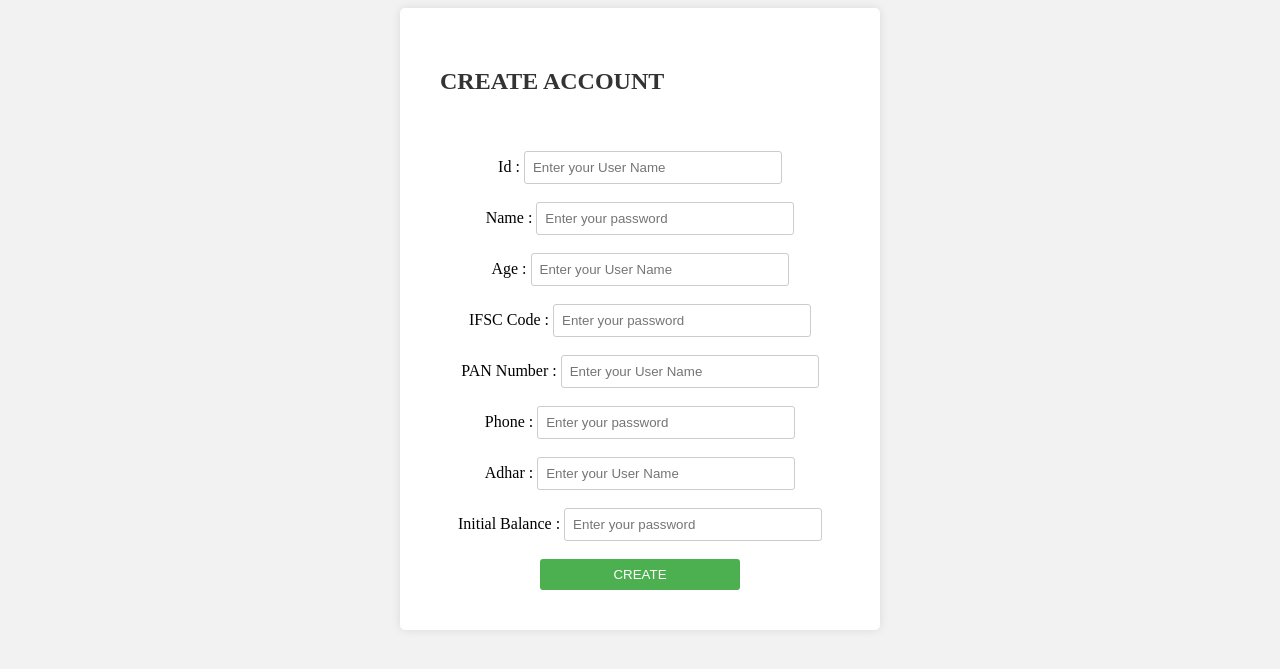
Repository: mansistic-0n3/Java_IGT
Page: Java Project/BankJSP/src/main/webapp/WEB-INF/create.html
These files come from the project's save history. The page is drawn as it stood at one moment and after the next save; the edit follows.
The browser window is 1280 px wide. The pictures show the whole page.

Above is the page before, as saved 2023-06-28 20:30:27.

### Java Project/BankJSP/src/main/webapp/WEB-INF/create.html
<!DOCTYPE html>
<html>
<head>
  <title>Registration Form</title>
</head>
<body style="background-color: #f2f2f2; text-align:center;">
  <div style="max-width: 400px; margin: 0 auto; padding: 40px; background-color: #ffffff; border-radius: 5px; box-shadow: 0 0 10px rgba(0, 0, 0, 0.1);">
    <h2 style="text-align: left; color: #333333;">CREATE ACCOUNT</h2>
    <form action="register">
      <br><br>
        Id : <input type="text" name="id" placeholder="Enter your User Name" style="width: 60%; padding: 8px; border-radius: 3px; border: 1px solid #cccccc;">
      <br><br>
        Name : <input type="text" name="name" placeholder="Enter your password" style="width: 60%; padding: 8px; border-radius: 3px; border: 1px solid #cccccc;">
       <br><br>
        Age : <input type="text" name="age" placeholder="Enter your User Name" style="width: 60%; padding: 8px; border-radius: 3px; border: 1px solid #cccccc;">
      <br><br>
        IFSC Code : <input type="text" name="ifsc" placeholder="Enter your password" style="width: 60%; padding: 8px; border-radius: 3px; border: 1px solid #cccccc;">
        <br><br>
        PAN Number : <input type="text" name="pan" placeholder="Enter your User Name" style="width: 60%; padding: 8px; border-radius: 3px; border: 1px solid #cccccc;">
      <br><br>
        Phone : <input type="text" name="ph" placeholder="Enter your password" style="width: 60%; padding: 8px; border-radius: 3px; border: 1px solid #cccccc;">
       <br><br>
        Adhar : <input type="text" name="adhar" placeholder="Enter your User Name" style="width: 60%; padding: 8px; border-radius: 3px; border: 1px solid #cccccc;">
      <br><br>
        Initial Balance : <input type="text" name="ibal" placeholder="Enter your password" style="width: 60%; padding: 8px; border-radius: 3px; border: 1px solid #cccccc;">
      <br><br>
        <button type="submit" style="width: 50%; padding: 8px; border-radius: 3px; border: none; background-color: #4CAF50; color: #ffffff; cursor: pointer;">CREATE</button>
      <br>
    </form>
  </div>
</body>
</html>

After the next save:
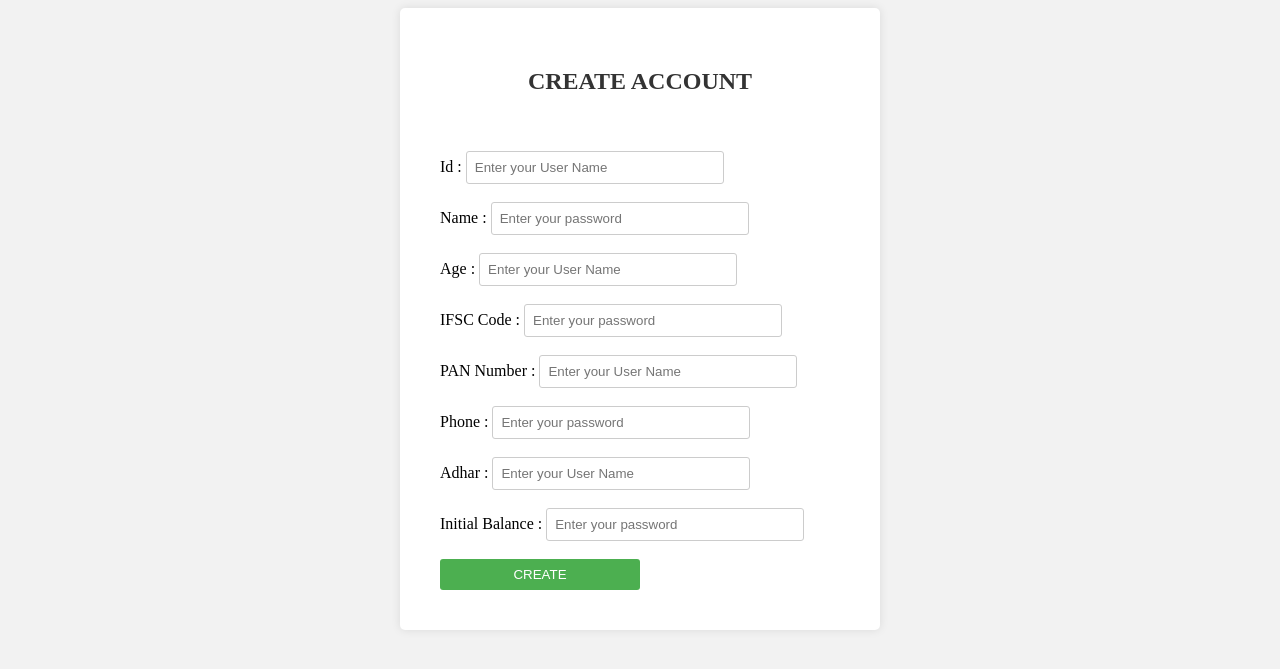
Saved 72 s later.
--- a/Java Project/BankJSP/src/main/webapp/WEB-INF/create.html
+++ b/Java Project/BankJSP/src/main/webapp/WEB-INF/create.html
@@ -3,9 +3,9 @@
 <head>
   <title>Registration Form</title>
 </head>
-<body style="background-color: #f2f2f2; text-align:center;">
+<body style="background-color: #f2f2f2; ">
   <div style="max-width: 400px; margin: 0 auto; padding: 40px; background-color: #ffffff; border-radius: 5px; box-shadow: 0 0 10px rgba(0, 0, 0, 0.1);">
-    <h2 style="text-align: left; color: #333333;">CREATE ACCOUNT</h2>
+    <h2 style="text-align: center; color: #333333;">CREATE ACCOUNT</h2>
     <form action="register">
       <br><br>
         Id : <input type="text" name="id" placeholder="Enter your User Name" style="width: 60%; padding: 8px; border-radius: 3px; border: 1px solid #cccccc;">
